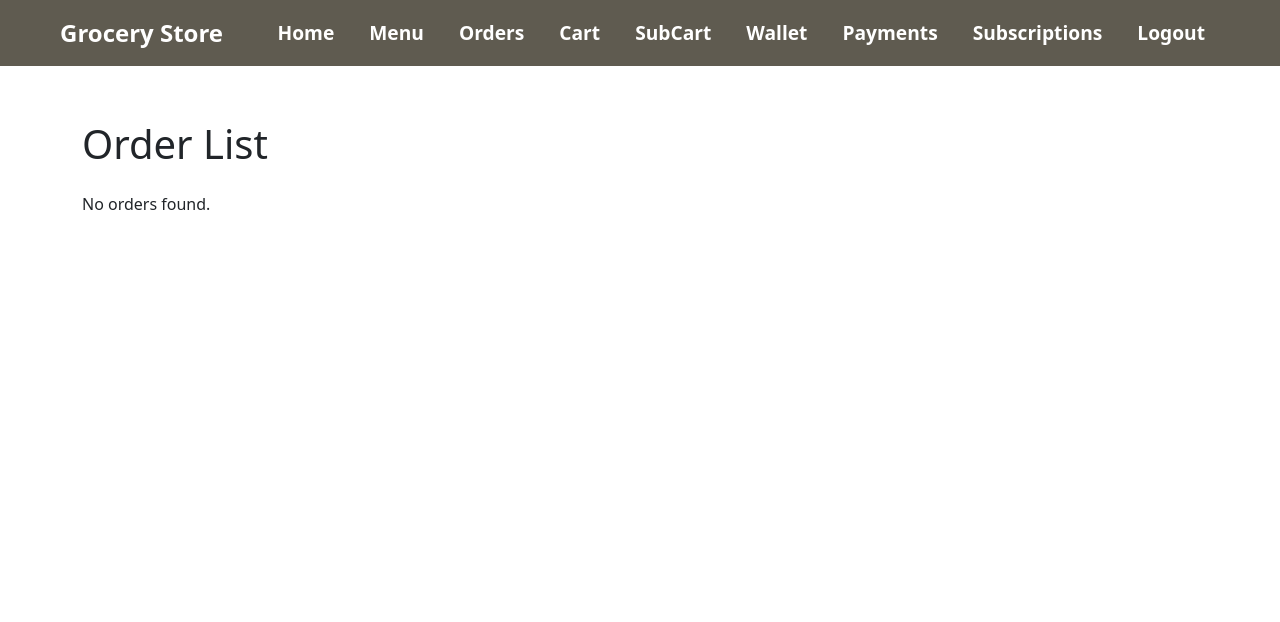
Repository: NagaMounikaY/GroceriesSubscriptionBookingManagement
Page: http://localhost/GroceriesSubBookingSystem/WEB-INF/views/orderList.jsp
These files come from the project's save history. The page is drawn as it stood at one moment and after the next save; the edit follows.
The browser window is 1280 px wide. The pictures show the whole page.
The page is served by Tomcat 9. Nobody is signed in. Other server files are loaded and not shown. The template is opened directly, without the code that normally fills it, so the values that code supplies are empty.

Above is the page before, as saved 2024-09-13 05:47:34.

### GroceriesSubBookingSystem/src/main/webapp/WEB-INF/views/orderList.jsp
<%@ page language="java" contentType="text/html; charset=ISO-8859-1"
    pageEncoding="ISO-8859-1" isELIgnored="false"%>
<%@ taglib uri="http://java.sun.com/jsp/jstl/core" prefix="c" %>
<!DOCTYPE html>
<html>
<head>
    <meta charset="UTF-8">
    <meta name="viewport" content="width=device-width, initial-scale=1.0">
    <title>Order List</title>
    <link rel="stylesheet" href="https://stackpath.bootstrapcdn.com/bootstrap/4.5.2/css/bootstrap.min.css">
</head>
<body>
<!-- Conditionally Render Header -->
    <c:choose>
        <c:when test="${sessionScope.userRole eq 'Seller'}">
            <!-- Seller Header -->
            <jsp:include page="/sellerHeader.jsp"></jsp:include>
        </c:when>
        <c:otherwise>
            <!-- Customer Header -->
            <jsp:include page="/customerHeader.jsp"></jsp:include>
        </c:otherwise>
    </c:choose>
<br><br><br>

    <div class="container mt-5">
        <h1 class="mb-4">Order List</h1>
        <c:if test="${not empty orders}">
            <table class="table table-striped">
                <thead>
                    <tr>
                        <th>Order ID</th>
                        <th>User</th>
                        <th>Total Amount</th>
                        <th>Status</th>
                        <th>Order Date</th>
                        <th>Actions</th>
                    </tr>
                </thead>
                <tbody>
                    <c:forEach var="order" items="${orders}">
                        <tr>
                            <td>${order.order_id}</td>
                            <td>${order.users.user_Name}</td>
                            <td>${order.totalAmount}</td>
                            <td>${order.orderStatus}</td>
                            <td>${order.order_date}</td>
                            <td>
                                <a href="${pageContext.request.contextPath}/orders/${order.order_id}" class="btn btn-info">View</a>
                                <form action="${pageContext.request.contextPath}/orders/${order.order_id}" method="post" style="display:inline;">
                                    <input type="hidden" name="_method" value="delete">
                                    <button type="submit" class="btn btn-danger">Delete</button>
                                </form>
                            </td>
                        </tr>
                    </c:forEach>
                </tbody>
            </table>
        </c:if>
        <c:if test="${empty orders}">
            <p>No orders found.</p>
        </c:if>
    </div>
    <script src="https://code.jquery.com/jquery-3.5.1.slim.min.js"></script>
    <script src="https://cdn.jsdelivr.net/npm/@popperjs/core@2.9.2/dist/umd/popper.min.js"></script>
    <script src="https://stackpath.bootstrapcdn.com/bootstrap/4.5.2/js/bootstrap.min.js"></script>
</body>
</html>

### GroceriesSubBookingSystem/src/main/webapp/customerHeader.jsp
<%@ page language="java" contentType="text/html; charset=ISO-8859-1"
	pageEncoding="ISO-8859-1" isELIgnored="false"%>
<!DOCTYPE html PUBLIC "-//W3C//DTD HTML 4.01 Transitional//EN" "http://www.w3.org/TR/html4/loose.dtd">
<html>
<head>
<meta http-equiv="Content-Type" content="text/html; charset=ISO-8859-1">
<title>Courier Booking System</title>
<link
	href="https://stackpath.bootstrapcdn.com/bootstrap/5.3.0/css/bootstrap.min.css"
	rel="stylesheet">
<link rel="stylesheet"
	href="https://cdnjs.cloudflare.com/ajax/libs/font-awesome/4.7.0/css/font-awesome.min.css">
<style>
/* Header */
header {
	background: rgba(56, 51, 37, 0.8);
	color: #fff;
	padding: 15px 0;
	position: fixed;
	width: 100%;
	top: 0;
	left: 0;
	z-index: 1000;
}

header .container {
	display: flex;
	justify-content: space-between;
	align-items: center;
	max-width: 1200px;
	margin: 0 auto;
	padding: 0 20px;
}

header .logo {
	font-size: 1.5em; /* Increased size for the logo */
	font-weight: bold;
}

header nav {
	flex-grow: 1;
}

header nav ul {
	list-style: none;
	display: flex;
	justify-content: flex-end;
	margin: 0;
	padding: 0;
}

header nav ul li {
	margin-left: 05px;
}

header nav ul li a {
	color: #fff;
	text-decoration: none;
	padding: 10px 15px; /* Increased padding for better click area */
	font-size: 1.2em; /* Increased font size for navigation links */
	border-radius: 5px;
}

header nav ul li a:hover {
	background: #dd4545;
}
</style>
</head>
<body>
	<!-- Header -->
	<header>
	<div class="container">
		<div class="logo">Grocery Store</div>
		<nav>
		<ul>
			<li><a href="${pageContext.request.contextPath}/home.jsp"><strong>Home</strong></a></li>
			<li><a href="${pageContext.request.contextPath}/groceries/list"><strong>Menu</strong></a></li>
			<li><a
				href="${pageContext.request.contextPath}/orders/viewOrders"><strong>Orders</strong></a></li>
			<li><a href="${pageContext.request.contextPath}/orders/cart"><strong>Cart</strong></a></li>
			<li><a
				href="${pageContext.request.contextPath}/subscription/subcart"><strong>SubCart</strong></a></li>
			<li><a href="${pageContext.request.contextPath}/wallets/wallet"><strong>Wallet</strong></a></li>
			<li><a href="${pageContext.request.contextPath}/payment/history"><strong>Payments</strong></a></li>
			<li><a
				href="${pageContext.request.contextPath}/subscription/subscriptionlist"><strong>Subscriptions</strong></a></li>
			<li><a href="${pageContext.request.contextPath}/home.jsp"><strong>Logout</strong></a></li>
		</ul>
		</nav>
	</div>
	</header>

	<script src="https://code.jquery.com/jquery-3.5.1.slim.min.js"></script>
	<script
		src="https://cdn.jsdelivr.net/npm/@popperjs/core@2.11.6/dist/umd/popper.min.js"></script>
	<script
		src="https://stackpath.bootstrapcdn.com/bootstrap/5.3.0/js/bootstrap.bundle.min.js"></script>
</body>
</html>

### GroceriesSubBookingSystem/src/main/webapp/footer.jsp
<%@ page language="java" contentType="text/html; charset=ISO-8859-1"
	pageEncoding="ISO-8859-1" isELIgnored="false"%>
<!DOCTYPE html>
<html>
<head>
<meta http-equiv="Content-Type" content="text/html; charset=ISO-8859-1">
<title>Insert title here</title>
<link
	href="https://stackpath.bootstrapcdn.com/bootstrap/5.3.0/css/bootstrap.min.css"
	rel="stylesheet">
<link rel="stylesheet"
	href="https://cdnjs.cloudflare.com/ajax/libs/font-awesome/6.0.0-beta3/css/all.min.css">
<style>
/* Features Section */
.features {
	padding: 60px 20px;
	background: #f9f9f9;
}

.features h2 {
	text-align: center;
	margin-bottom: 40px;
}

.feature-cards {
	display: flex;
	justify-content: space-around;
	flex-wrap: wrap;
}

.feature-card {
	background: #fff;
	border-radius: 8px;
	box-shadow: 0 4px 8px rgba(0, 0, 0, 0.1);
	padding: 20px;
	width: 22%;
	text-align: center;
	margin-bottom: 20px;
}

.feature-card img {
	max-width: 50px;
	margin-bottom: 10px;
}

.feature-card h3 {
	margin: 10px 0;
	font-size: 1.2em;
}

.feature-card p {
	color: #666;
}

/* Footer */
footer {
	background: rgba(56, 51, 37, 0.8);
	color: #fff;
	padding: 40px 20px;
}

footer .container {
	max-width: 1200px;
	margin: 0 auto;
}

.footer-top {
	display: flex;
	justify-content: space-between;
	flex-wrap: wrap;
	margin-bottom: 20px;
}

.footer-top div {
	flex: 1;
	margin: 10px;
}

.footer-top h3 {
	margin-bottom: 15px;
	font-size: 1.2em;
}

.footer-top ul {
	list-style: none;
	padding: 0;
}

.footer-top ul li {
	margin-bottom: 10px;
}

.footer-top ul li a {
	color: #fff;
	text-decoration: none;
}

.footer-top ul li a:hover {
	text-decoration: underline;
}

.footer-contact p, .footer-social a {
	margin: 5px 0;
}

.footer-social {
	display: flex;
	align-items: center;
}

.footer-social a {
	color: #fff;
	text-decoration: none;
	margin-right: 15px;
	font-size: 1.5em;
}

.footer-social a:hover {
	text-decoration: underline;
}

.footer-newsletter form {
	display: flex;
	justify-content: center;
	margin-top: 10px;
}

.footer-newsletter input {
	padding: 10px;
	border-radius: 5px;
	border: none;
	width: 250px;
	margin-right: 10px;
}

.footer-newsletter button {
	padding: 10px 20px;
	border-radius: 5px;
	border: none;
	background: #007BFF;
	color: #fff;
	font-weight: bold;
	cursor: pointer;
}

.footer-bottom {
	text-align: center;
	padding-top: 20px;
	border-top: 1px solid #444;
}

.footer-bottom p {
	margin: 10px 0;
}
</style>
</head>
<body>
	<!-- Footer -->
	<footer>
		<div class="container">
			<div class="footer-top">
				<div class="footer-links">
					<h3>Quick Links</h3>
					<ul>
						<li><a href="${pageContext.request.contextPath}/home.jsp">Home</a></li>
						<li><a href="${pageContext.request.contextPath}/services.jsp">Services</a></li>
						<li><a href="${pageContext.request.contextPath}/contact.jsp">Contact
								Us</a></li>
					</ul>
				</div>
				<div class="footer-contact">
					<h3>Contact Us</h3>
					<p>Phone: 789054321</p>
					<p>Email:GroceryStore@gmail.com</p>
					<p>Address: Bengaluru</p>
				</div>
				<div class="footer-social">
					<h3>Follow Us:</h3>
					<br> <br> <a href="" class="fab fa-facebook-f"></a> <a
						href="#" class="fab fa-twitter"></a> <a href="#"
						class="fab fa-instagram"></a>
				</div>
				<div class="footer-newsletter">
					<h3>Newsletter</h3>
					<p>Subscribe to our newsletter for updates and offers.</p>
					<p>for maintaining and managing the couriers</p>
				</div>
			</div>
			<div class="footer-bottom">
				<p>&copy; 2024 [Grocery Store]. All rights reserved.</p>
			</div>
		</div>
	</footer>
	<!-- Footer -->
</body>
</html>

After the next save:
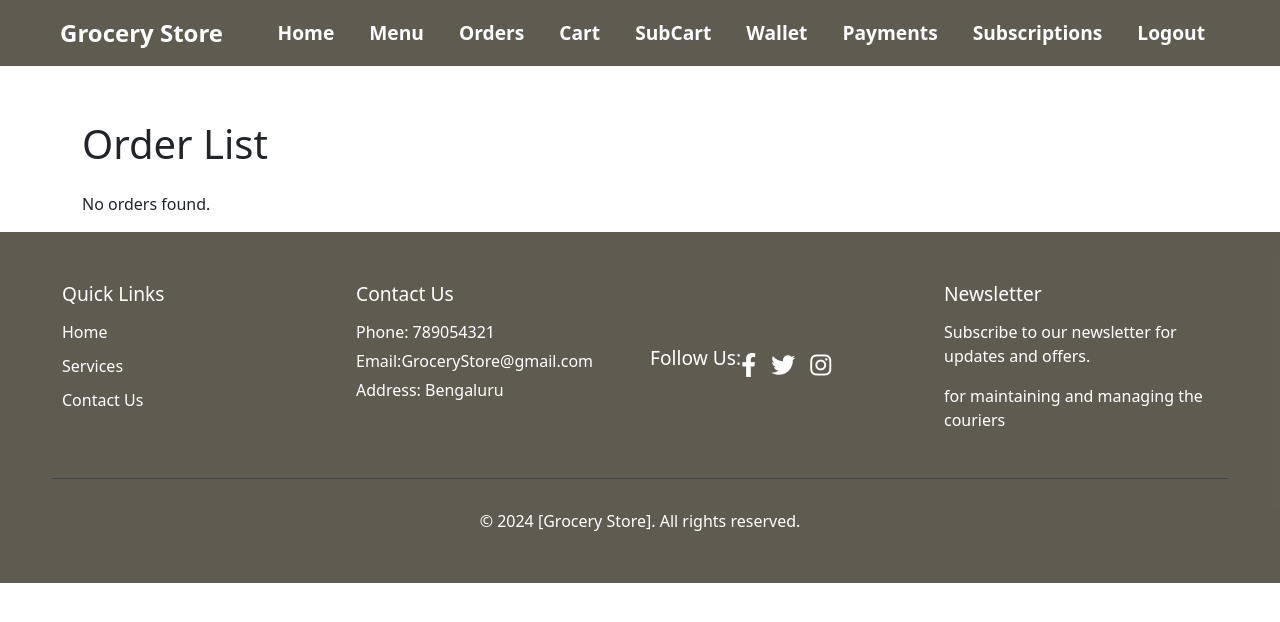
Saved 20 s later.
--- a/GroceriesSubBookingSystem/src/main/webapp/WEB-INF/views/orderList.jsp
+++ b/GroceriesSubBookingSystem/src/main/webapp/WEB-INF/views/orderList.jsp
@@ -64,5 +64,6 @@
     <script src="https://code.jquery.com/jquery-3.5.1.slim.min.js"></script>
     <script src="https://cdn.jsdelivr.net/npm/@popperjs/core@2.9.2/dist/umd/popper.min.js"></script>
     <script src="https://stackpath.bootstrapcdn.com/bootstrap/4.5.2/js/bootstrap.min.js"></script>
+     <jsp:include page="/footer.jsp"></jsp:include>
 </body>
 </html>
